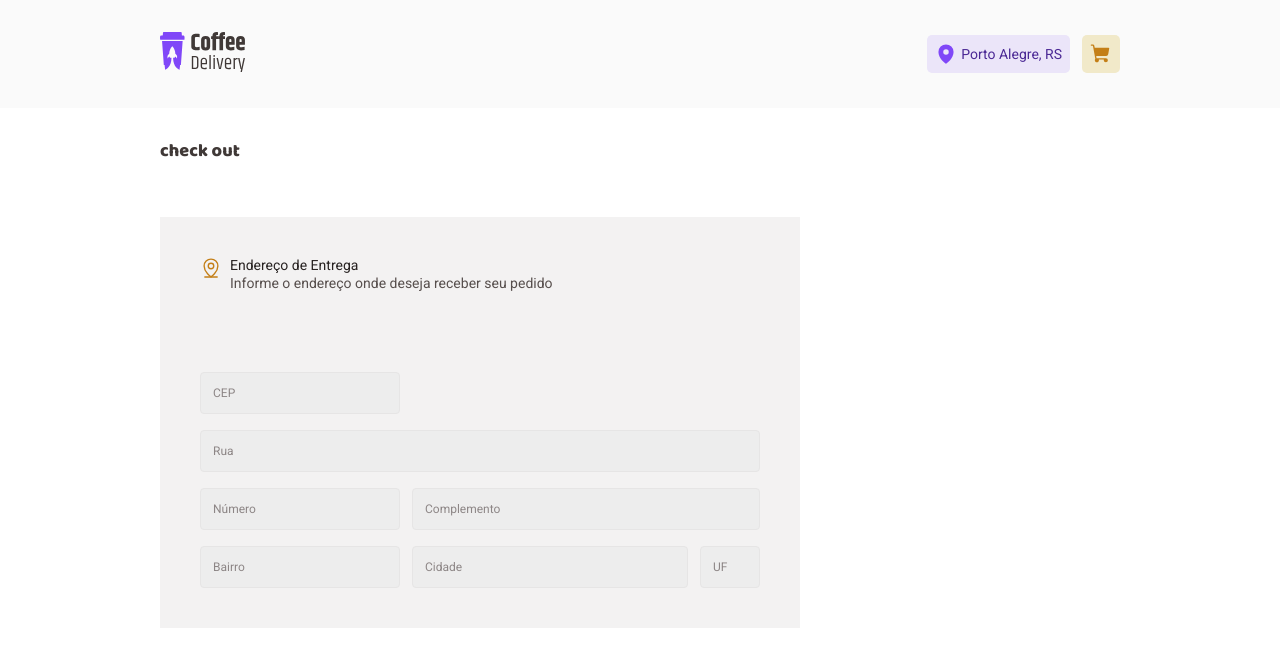
Repository: caueenrico/CoffeDelivery
Page: /checkout
The author's editor kept a copy of each file at every save. The page is drawn from the files as they stood at one save, then again after a run of saves.
The browser window is 1280 px wide. The pictures show the whole page.
The project was rebuilt for these pictures with package versions that can differ from the ones it lists, and the page was loaded fresh each time. Also part of the build but not shown: vite.config.ts, src/components/CoffesOptions/styled.ts, src/components/CoffeCards/styles.ts, src/components/IpuntNumber/styles.ts, src/components/IpuntNumber/index.tsx, src/components/CartOfCard/styles.ts, src/components/CartOfCard/index.tsx, src/utils/formatMoney.ts and 4 more.

Above is the page before, as saved 2022-09-22 15:29:36.

After the next 2 saves:
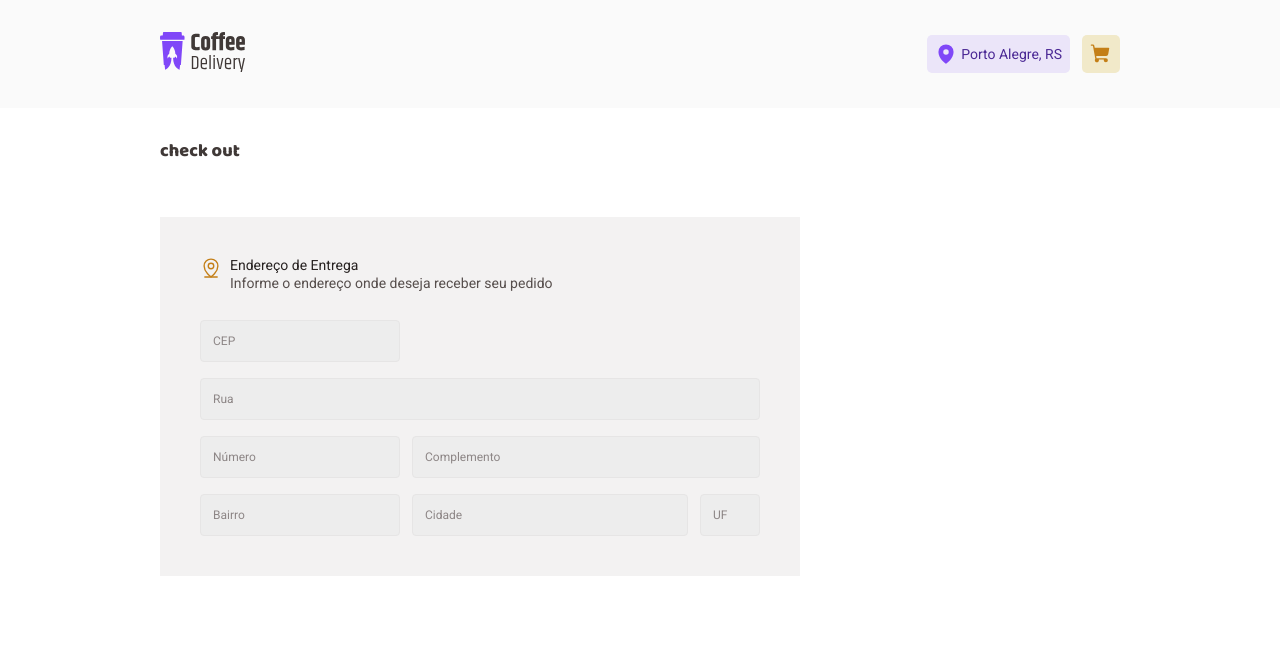
The 2 saves are shown as one change because they came seconds apart.
The last was saved 20 s later.
--- a/src/pages/CheckOut/components/TextosCheck/styles.ts
+++ b/src/pages/CheckOut/components/TextosCheck/styles.ts
@@ -4,7 +4,7 @@ export const SectionTitleContainer = styled.div`
   display: flex;
   gap: 0.5rem;
   margin: 40px;
-  margin-bottom: ;
+  margin-bottom: -12px;
 
   div{
     h1{
